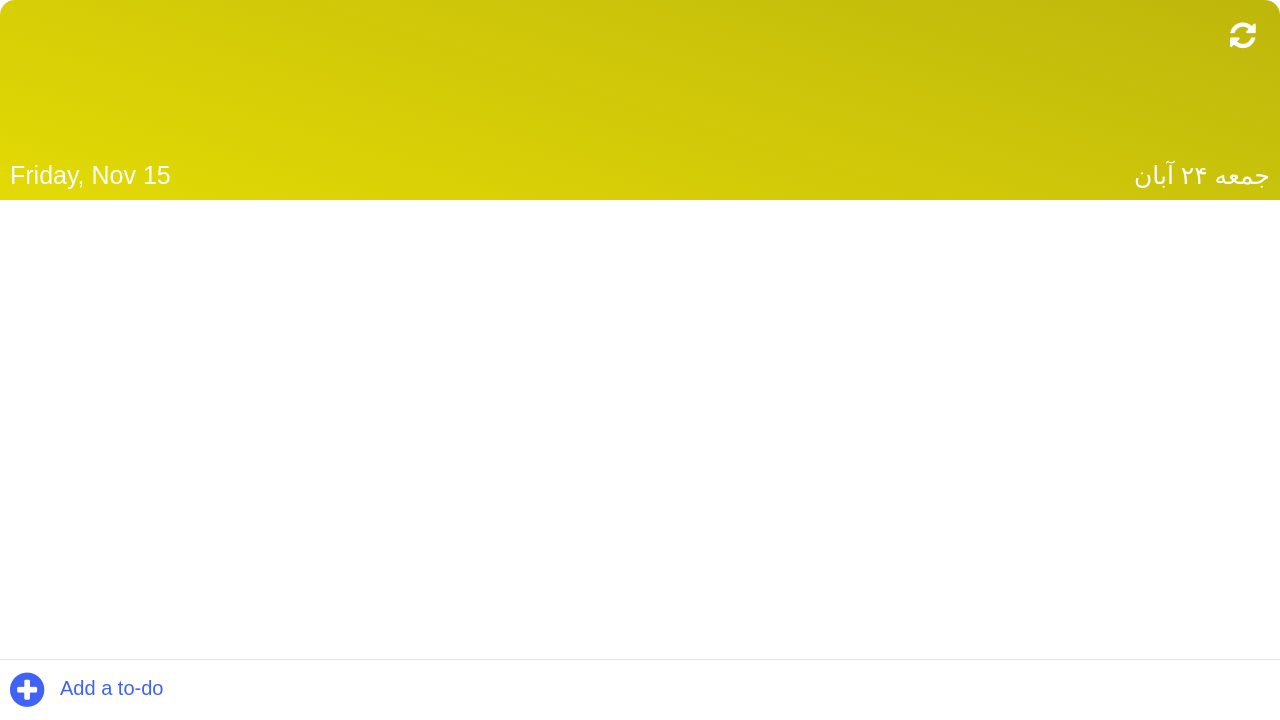
Repository: abouzarSoleymani/todo-js
Page: index.html
An editor plug-in stored every save of this project. The page is shown before and after the next save, followed by the edit.
The browser window is 1280 px wide. The pictures show the whole page.

Above is the page before, as saved 2019-11-15 16:12:40.

After the next save:
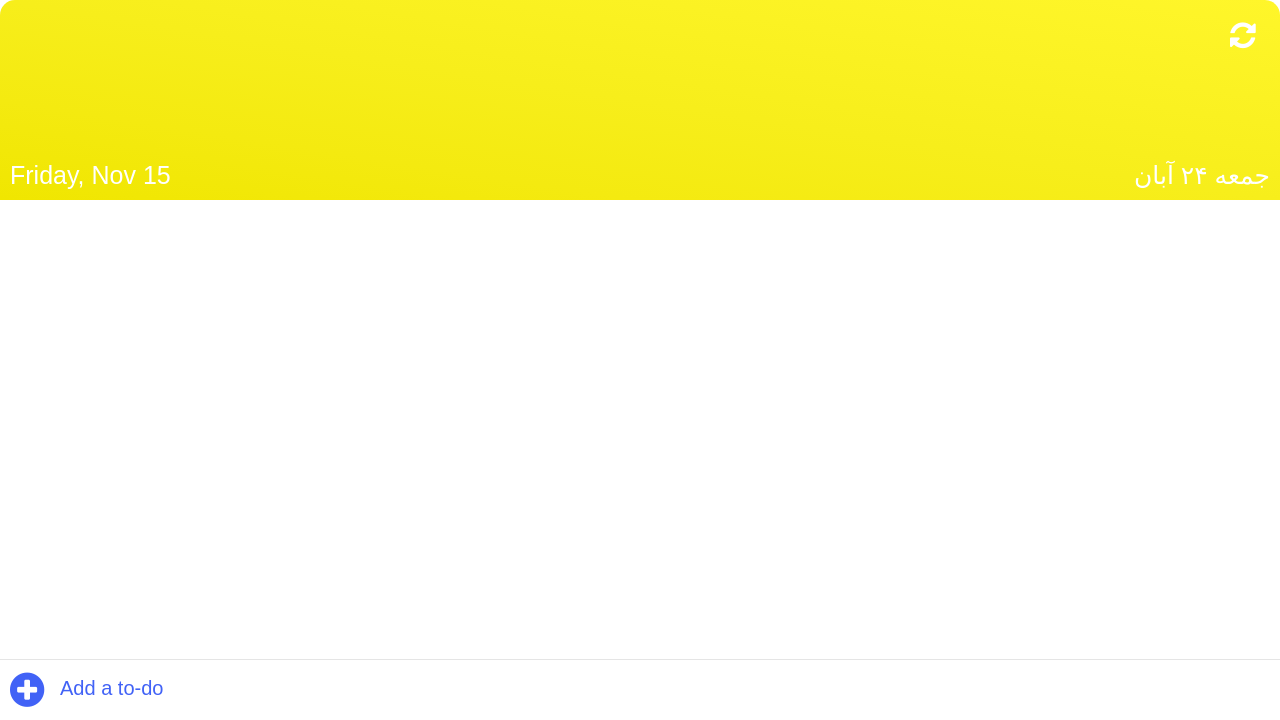
Saved 21 s later.
--- a/css/style.css
+++ b/css/style.css
@@ -18,8 +18,7 @@ body{
 .header{
     width: 100%;
     height:200px;
-    background-image: linear-gradient(to right top, #f0e600, #e3da04, #d7ce07, #cac30a, #beb70c);    background-size: 100% 200%;
-    border-radius: 15px 15px 0 0;
+    background-image: linear-gradient(to right top, #f0e600, #f4ea10, #f7ee1b, #fbf223, #fff62a);    border-radius: 15px 15px 0 0;
     position: relative;
 }
 .clear{
